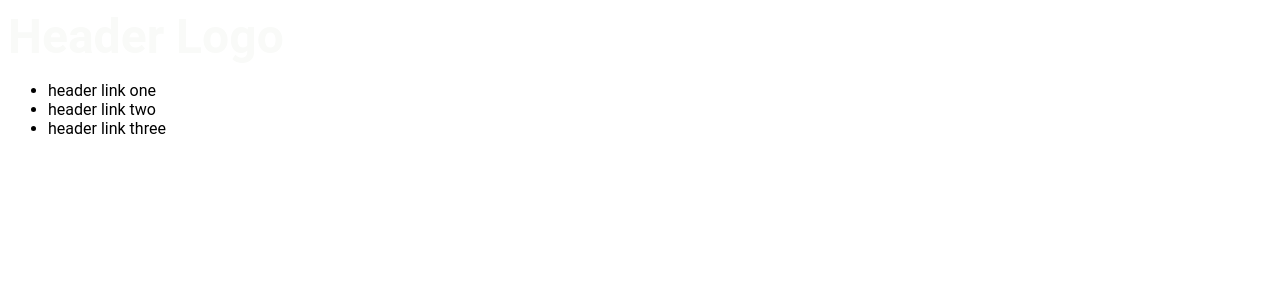
Repository: z1youRA/FirstWebsite
Page: index.html
These files come from the project's save history. The page is drawn as it stood at one moment and after the next save; the edit follows.
The browser window is 1280 px wide. The pictures show the whole page.

Above is the page before, as saved 2021-11-25 16:41:36.

After the next save:
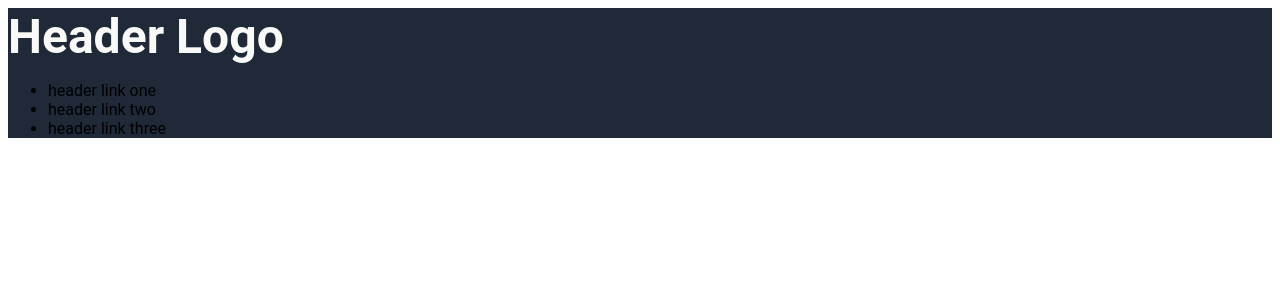
Saved 27 s later.
--- a/styles.css
+++ b/styles.css
@@ -1,5 +1,9 @@
 * {
     font-family:roboto, 'Gill Sans', 'Gill Sans MT', Calibri, 'Trebuchet MS', sans-serif;
+}
+
+.header {
+    background-color: #1f2937;
 }
 
 .header .logo {
